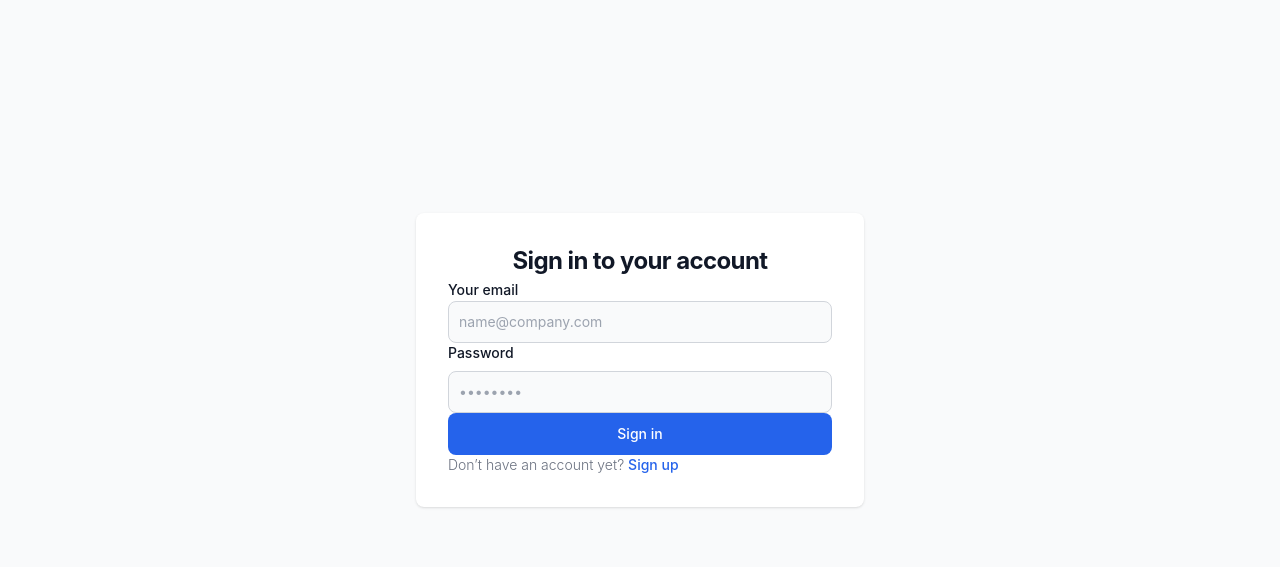
Repository: Than-sothearak/news-today
Page: /login (app in client/)
These files come from the project's save history. The page is drawn as it stood at one moment and after the next save; the edit follows.
The browser window is 1280 px wide. The pictures show the whole page.
The project was rebuilt for these pictures with package versions that can differ from the ones it lists, and the page was loaded fresh each time. Also part of the build but not shown: client/vite.config.js, client/data.js, client/src/components/Post.jsx, client/src/components/HeroBanner.jsx, client/src/page/Home.jsx, client/src/page/Register.jsx, client/src/page/Single.jsx, client/src/page/Write.jsx and 3 more.

Above is the page before, as saved 2023-03-05 17:48:37.

### client/index.html
<!DOCTYPE html>
<html lang="en">
  <head>
    <meta charset="UTF-8" />
    <link rel="icon" type="image/svg+xml" href="/vite.svg" />
    <meta name="viewport" content="width=device-width, initial-scale=1.0" />
    <title>News Today</title>
  </head>
  <body>
    <div id="root"></div>
    <script type="module" src="/src/main.jsx"></script>
  </body>
</html>

### client/src/App.jsx
import "./App.css";
import { createBrowserRouter, RouterProvider } from "react-router-dom";
import { Home } from "./page/Home";
import { Login } from "./page/Login";
import { Register } from "./page/Register";
import { Single } from "./page/Single";
import { Write } from "./page/Write";
import Layout from "./components/Layout";


const router = createBrowserRouter([
  {
    path: "/",
    element: <Layout />,
    children: [
      {
        path: "/",
        element:<Home />
      },
      {
        path: "/post/:id",
        element:<Single />
      },
      {
        path: "/write",
        element:<Write />
      },
    ]
  },
  {
    path: "/register",
    element: <Register />,
  },
  {
    path: "/login",
    element: <Login />,
  },
]);
export default function App() {
  return <RouterProvider router={router} />;
}

### client/src/index.css
@tailwind base;
@tailwind components;
@tailwind utilities;
:root {
  font-family: Inter, system-ui, Avenir, Helvetica, Arial, sans-serif;
  line-height: 1.5;
  font-weight: 400;

  color-scheme: light dark;
  color: rgba(255, 255, 255, 0.87);
  background-color: #242424;

  font-synthesis: none;
  text-rendering: optimizeLegibility;
  -webkit-font-smoothing: antialiased;
  -moz-osx-font-smoothing: grayscale;
  -webkit-text-size-adjust: 100%;
}

a {
  font-weight: 500;
  color: #646cff;
  text-decoration: inherit;
}
a:hover {
  color: #535bf2;
}

body {


  min-width: 332px;
  min-height: 100vh;
}

h1 {
  font-size: 3.2em;
  line-height: 1.1;
}

button {
  border-radius: 8px;
  border: 1px solid transparent;
  padding: 0.6em 1.2em;
  font-size: 1em;
  font-weight: 500;
  font-family: inherit;
  background-color: #1a1a1a;
  cursor: pointer;
  transition: border-color 0.25s;
}
button:hover {
  border-color: #646cff;
}
button:focus,
button:focus-visible {
  outline: 4px auto -webkit-focus-ring-color;
}

@media (prefers-color-scheme: light) {
  :root {
    color: #213547;
    background-color: #ffffff;
  }
  a:hover {
    color: #747bff;
  }
  button {
    background-color: #f9f9f9;
  }
}

### client/src/page/Login.jsx
import React from "react";
import { Link } from "react-router-dom";
export const Login = () => {
  return (
    <section className="bg-gray-50 dark:bg-gray-900">
      <div className="flex flex-col items-center justify-center px-6 py-8 mx-auto md:h-screen lg:py-0">
        <div className="w-full bg-white rounded-lg shadow dark:border md:mt-0 sm:max-w-md xl:p-0 dark:bg-gray-800 dark:border-gray-700">
          <div className="p-6 sm:p-8">
            <h1 className="text-xl font-bold leading-tight tracking-tight text-gray-900 md:text-2xl dark:text-white">
              Sign in to your account
            </h1>
            <form className="text-start" action="#">
              <div>
                <label
                  htmlFor="email"
                  className="text-start text-sm font-medium text-gray-900 dark:text-white"
                >
                  Your email
                </label>
                <input
                  type="email"
                  name="email"
                  id="email"
                  className="bg-gray-50 border border-gray-300 text-gray-900 sm:text-sm rounded-lg focus:ring-primary-600 focus:border-primary-600 block w-full p-2.5 dark:bg-gray-700 dark:border-gray-600 dark:placeholder-gray-400 dark:text-white dark:focus:ring-blue-500 dark:focus:border-blue-500"
                  placeholder="name@company.com"
                  required
                />
              </div>
              <div>
                <label
                  htmlFor="password"
                  className="block mb-2 text-sm font-medium text-gray-900 dark:text-white"
                >
                  Password
                </label>
                <input
                  type="password"
                  name="password"
                  id="password"
                  placeholder="••••••••"
                  className="bg-gray-50 border border-gray-300 text-gray-900 sm:text-sm rounded-lg focus:ring-primary-600 focus:border-primary-600 block w-full p-2.5 dark:bg-gray-700 dark:border-gray-600 dark:placeholder-gray-400 dark:text-white dark:focus:ring-blue-500 dark:focus:border-blue-500"
                  required
                />
              </div>

              <button
                type="submit"
                className="w-full text-white bg-primary-600 hover:bg-primary-700 focus:ring-4 focus:outline-none focus:ring-primary-300 font-medium rounded-lg text-sm px-5 py-2.5 text-center dark:bg-primary-600 dark:hover:bg-primary-700 dark:focus:ring-primary-800"
              >
                Sign in
              </button>
              <p className="text-sm font-light text-gray-500 dark:text-gray-400">
                Don’t have an account yet?{" "}
                <Link
                  to="/register"
                  className="font-medium text-primary-600 hover:underline dark:text-primary-500"
                >
                  Sign up
                </Link>
              </p>
            </form>
          </div>
        </div>
      </div>
    </section>
  );
};

### client/tailwind.config.cjs
/** @type {import('tailwindcss').Config} */
module.exports = {
  content: ["./index.html", "./src/**/*.{js,ts,jsx,tsx}"],
  darkMode: "class",
  theme: {

    extend: {
      colors: {
        primary: {
          50: "#eff6ff",
          100: "#dbeafe",
          200: "#bfdbfe",
          300: "#93c5fd",
          400: "#60a5fa",
          500: "#3b82f6",
          600: "#2563eb",
          700: "#1d4ed8",
          800: "#1e40af",
          900: "#1e3a8a",
        }
      },
      fontFamily: {
        body: [
          "Inter",
          "ui-sans-serif",
          "system-ui",
          "-apple-system",
          "system-ui",
          "Segoe UI",
          "Roboto",
          "Helvetica Neue",
          "Arial",
          "Noto Sans",
          "sans-serif",
          "Apple Color Emoji",
          "Segoe UI Emoji",
          "Segoe UI Symbol",
          "Noto Color Emoji",
        ],
        sans: [
          "Inter",
          "ui-sans-serif",
          "system-ui",
          "-apple-system",
          "system-ui",
          "Segoe UI",
          "Roboto",
          "Helvetica Neue",
          "Arial",
          "Noto Sans",
          "sans-serif",
          "Apple Color Emoji",
          "Segoe UI Emoji",
          "Segoe UI Symbol",
          "Noto Color Emoji",
        ],
      },
    },
  },

  plugins: [],
};

Loaded but not shown: client/src/main.jsx (common file); client/src/App.css (common file)

After the next save:
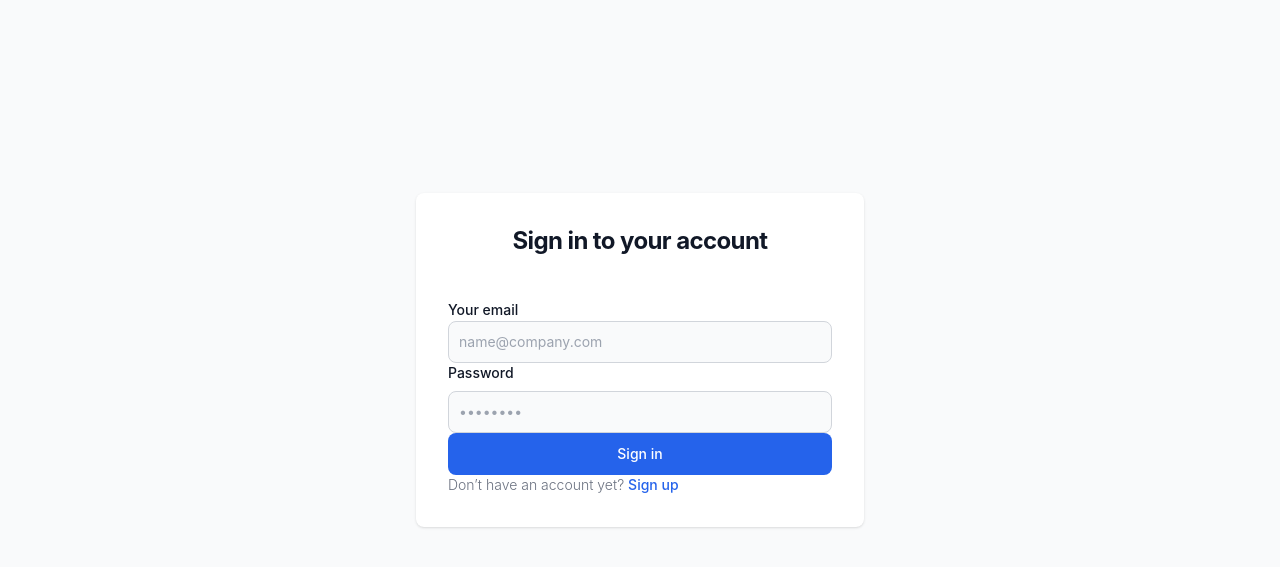
Saved 5 s later.
--- a/client/src/page/Login.jsx
+++ b/client/src/page/Login.jsx
@@ -9,7 +9,7 @@
             <h1 className="text-xl font-bold leading-tight tracking-tight text-gray-900 md:text-2xl dark:text-white">
               Sign in to your account
             </h1>
-            <form className="text-start" action="#">
+            <form className="text-start mt-10" action="#">
               <div>
                 <label
                   htmlFor="email"

After the 2 saves that followed:
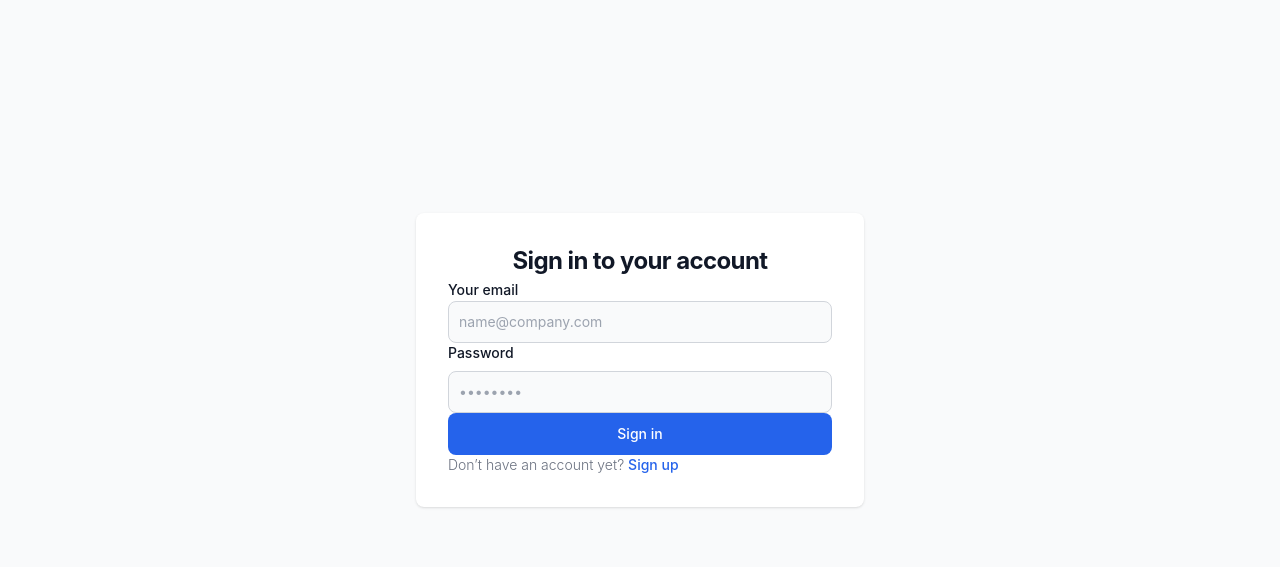
The 2 saves are shown as one change because they came seconds apart.
The last was saved 6 s later.
--- a/client/src/page/Login.jsx
+++ b/client/src/page/Login.jsx
@@ -9,7 +9,7 @@
             <h1 className="text-xl font-bold leading-tight tracking-tight text-gray-900 md:text-2xl dark:text-white">
               Sign in to your account
             </h1>
-            <form className="text-start mt-10" action="#">
+            <form className="text-start" action="#">
               <div>
                 <label
                   htmlFor="email"
